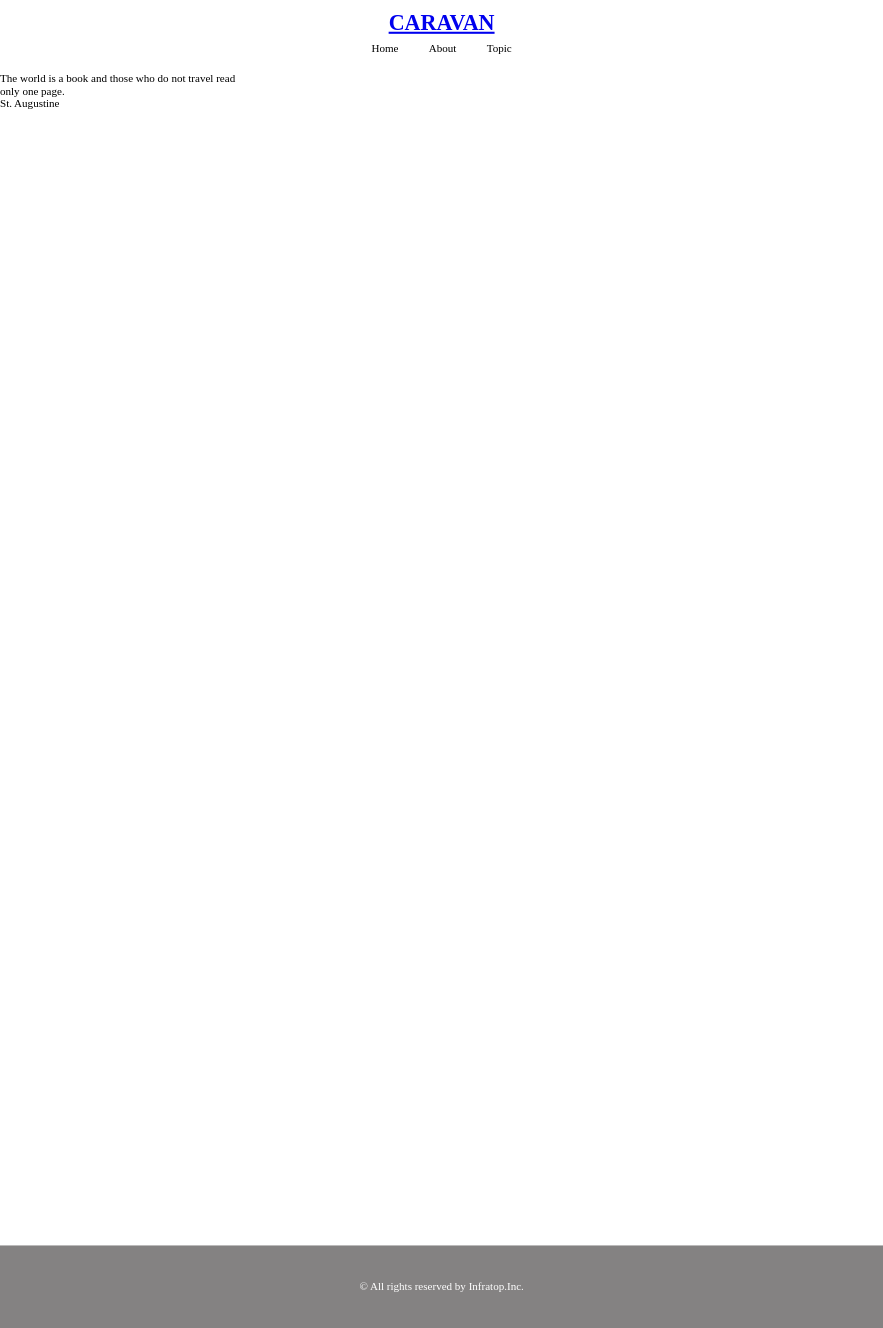
Repository: sutanuki/webcamp
Page: html,css/caravan/index.html
The author's editor kept a record of every edit. The page is drawn from the files as they stood at one moment, then again after the next edit.
The browser window is 1280 px wide. The pictures show the whole page, at 69% of full size.

Above is the page before.

### html,css/caravan/index.html
<!DOCTYPE html>
<html lang="ja">
  <head>
    <meta charset="UTF-8" />
    <link rel="stylesheet" href="style.css" />
    <title>CARAVAN</title>
  </head>
  <body>
    <header>
      <h1>
        <a href="index.html">CARAVAN</a>
      </h1>
      <nav>
        <ul>
          <li>Home</li>
          <li>About</li>
          <li>Topic</li>
        </ul>
      </nav>
    </header>
    <div class="main-visual">
      <div class="main-visual-content">
        <p class="main-visual-text">
          The world is a book and those who do not travel read only one page.
        </p>
        <p class="main-visual-name">
          St. Augustine
        </p>
      </div>
    </div>
    <div class="main">
      <div class="blog"></div>
      <div class="sidebar"></div>
    </div>
    <footer><p>&copy All rights reserved by Infratop.Inc.</p></footer>
  </body>
</html>

### html,css/caravan/style.css
* {
  margin: 0;
  padding: 0;
  box-sizing: border-box;
}
header {
  width: 90%;
  margin: 0 auto;
  padding: 15px 0;
  text-align: center;
}
header h1{
  font-size: 32px;
}
nav ul{
  text-align: center;
  padding: 10px 0;
  margin: 0 auto;
}
nav ul li{
  list-style: none;
  display: inline-block;
  margin: 0 20px;
}
.main-visual {
  width: 100%;
  height: 300px;
}
.main-visual-content {
  width: 350px;
  height: 300px;
}
.main {
  width: 840px;
  display: flex;
  justify-content: center;
  margin: 0 auto;
}
.blog {
  width: 600px;
  height: 1400px;
}
.sidebar {
  width: 240px;
  height: 1400px;
}
footer {
  width: 100%;
  height: 120px;
  text-align: center;
  line-height: 120px;
  background-color: #848282;
}
footer p{
  color: #fff
}

After the next edit:
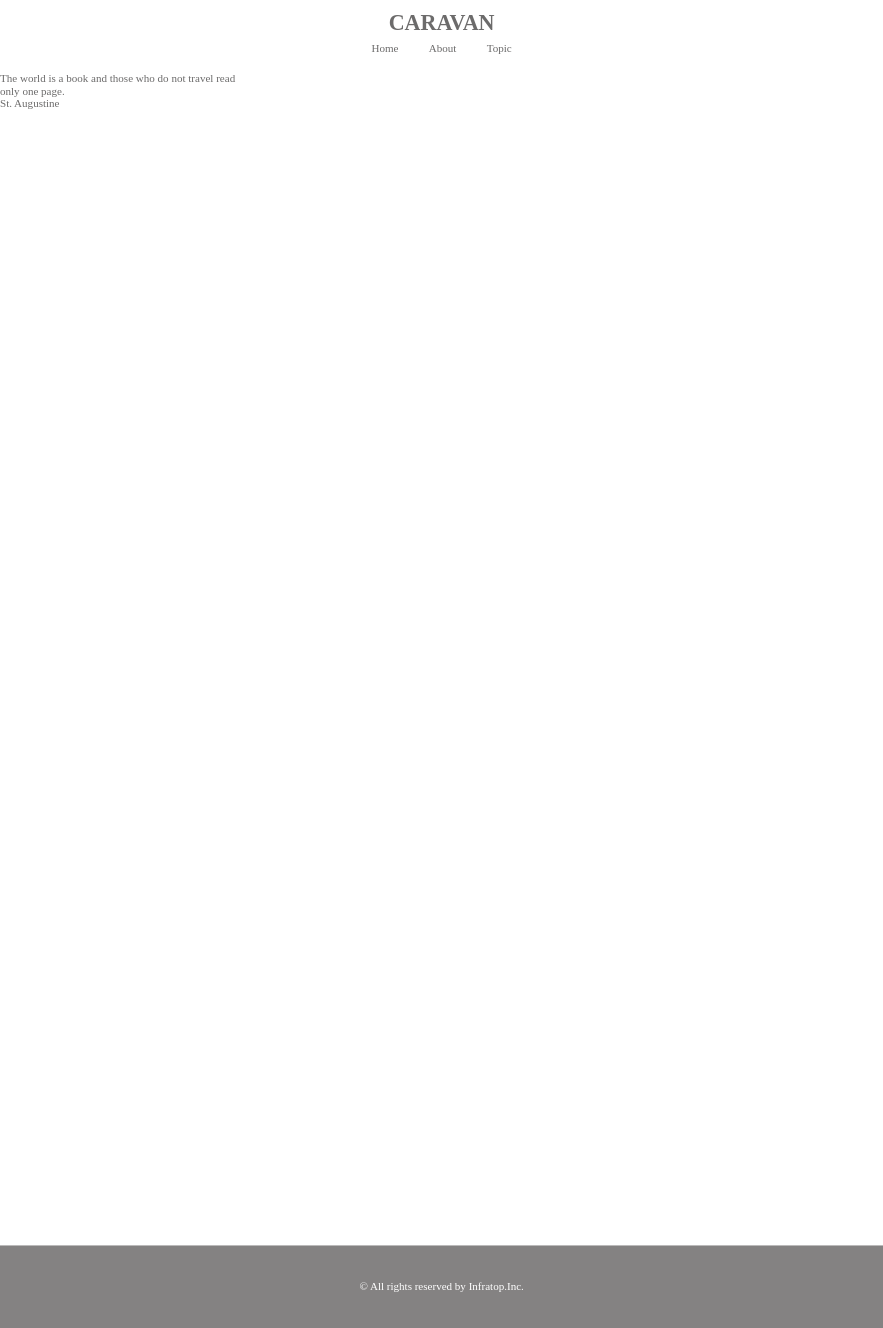
The edit:
--- a/html,css/caravan/style.css
+++ b/html,css/caravan/style.css
@@ -2,6 +2,10 @@
   margin: 0;
   padding: 0;
   box-sizing: border-box;
+  color: #6c6b6b;
+}
+a {
+  text-decoration: none;
 }
 header {
   width: 90%;
